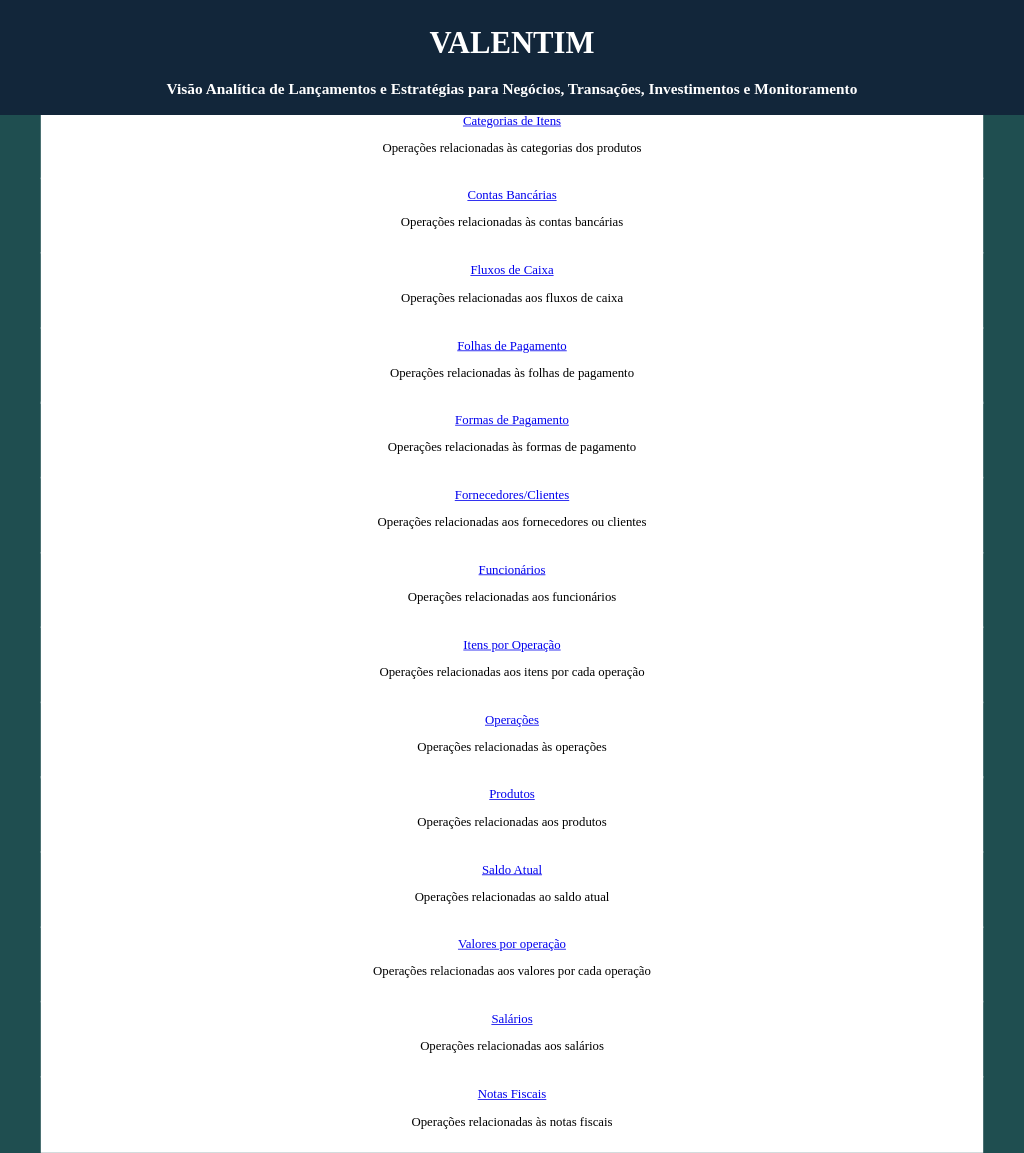
Repository: Matheus-Lacerda009/ERP-Financeiro
Page: Front/menu/menu.html
An editor plug-in stored every save of this project. The page is shown before and after the next save, followed by the edit.
The browser window is 1280 px wide. The pictures show the whole page, at 80% of full size.

Above is the page before, as saved 2026-07-13 18:53:57.

### Front/menu/menu.html
<!DOCTYPE html>
<html lang="en">
<head>
    <meta charset="UTF-8">
    <meta name="viewport" content="wclassth=device-wclassth, initial-scale=1.0">
    <link rel="stylesheet" href="menu.css">
    <title>Document</title>
</head>
<body>
    <header>
        <h1>VALENTIM</h1>
        <h2>Visão Analítica de Lançamentos e Estratégias para Negócios, Transações, Investimentos e Monitoramento</h2>
    </header>
    <main>
        <div id="espaço"></div>
        <div class="container">
            <div class="divEntidades">
                <a href="../categoria_item/categoria_item.html">Categorias de Itens</a>
                <p>Operações relacionadas às categorias dos produtos</p>
            </div>
            <div class="divEntidades">
                <a href="../conta_bancaria/conta_bancaria.html">Contas Bancárias</a>
                <p>Operações relacionadas às contas bancárias</p>
            </div>
            <div class="divEntidades">
                <a href="../fluxo_caixa/fluxo_caixa.html">Fluxos de Caixa</a>
                <p>Operações relacionadas aos fluxos de caixa</p>
            </div>
            <div class="divEntidades">
                <a href="../folha_pagamento/folha_pagamento.html">Folhas de Pagamento</a>
                <p>Operações relacionadas às folhas de pagamento</p>
            </div>
            <div class="divEntidades">
                <a href="../forma_pagamento/forma_pagamento.html">Formas de Pagamento</a>
                <p>Operações relacionadas às formas de pagamento</p>
            </div>
            <div class="divEntidades">
                <a href="../fornecedor_cliente/fornecedor_cliente.html">Fornecedores/Clientes</a>
                <p>Operações relacionadas aos fornecedores ou clientes</p>
            </div>
            <div class="divEntidades">
                <a href="../funcionario/funcionario.html">Funcionários</a>
                <p>Operações relacionadas aos funcionários</p>
            </div>
            <div class="divEntidades">
                <a href="../itens_operacao/itens_operacao.html">Itens por Operação</a>
                <p>Operações relacionadas aos itens por cada operação</p>
            </div>
            <div class="divEntidades">
                <a href="../operacao/operacao.html">Operações</a>
                <p>Operações relacionadas às operações</p>
            </div>
            <div class="divEntidades">
                <a href="../produtos/produtos.html">Produtos</a>
                <p>Operações relacionadas aos produtos</p>
            </div>
            <div class="divEntidades">
                <a href="../saldoAtual/saldoAtual.html">Saldo Atual</a>
                <p>Operações relacionadas ao saldo atual</p>
            </div>
            <div class="divEntidades">
                <a href="../valor_pVenda/valor_pVenda.html">Valores por operação</a>
                <p>Operações relacionadas aos valores por cada operação</p>
            </div>
            <div class="divEntidades">
                <a href="../valor_salario/valor_salario.html">Salários</a>
                <p>Operações relacionadas aos salários</p>
            </div>
            <div class="divEntidades">
                <a href="../notaFiscal/nota_fiscal.html">Notas Fiscais</a>
                <p>Operações relacionadas às notas fiscais</p>
            </div>
        </div>
    </main>
</body>
</html>

### Front/menu/menu.css
header{
    position: fixed;
    top: 0;
    left: 0;
    width: 100%;
    height: 20%;
    background-color: #12263A;
    z-index: 1;
    text-align: center;
    align-content: center;
}

header, h1{
    font-size: 300%;
    color: white;
    font-size: 3vw;
}

header, h2{
    color: white;
    font-size: 1.5vw;
}

body{
    margin: 0;
    padding: 0;
    background-color: #1f4e50;
}

.container{
    margin-top: 10%;
    height: 100vh;
    width: 100%;
    box-sizing: border-box;
    display: grid;
    grid-template-columns: repeat(, 3fr);
    align-content: start;
}

.divEntidades{
    height: 75%;
    width: 90%;
    background-color: white;
    margin: auto;
    text-align: center;
    align-content: center;
    padding: 1%;
}

After the next save:
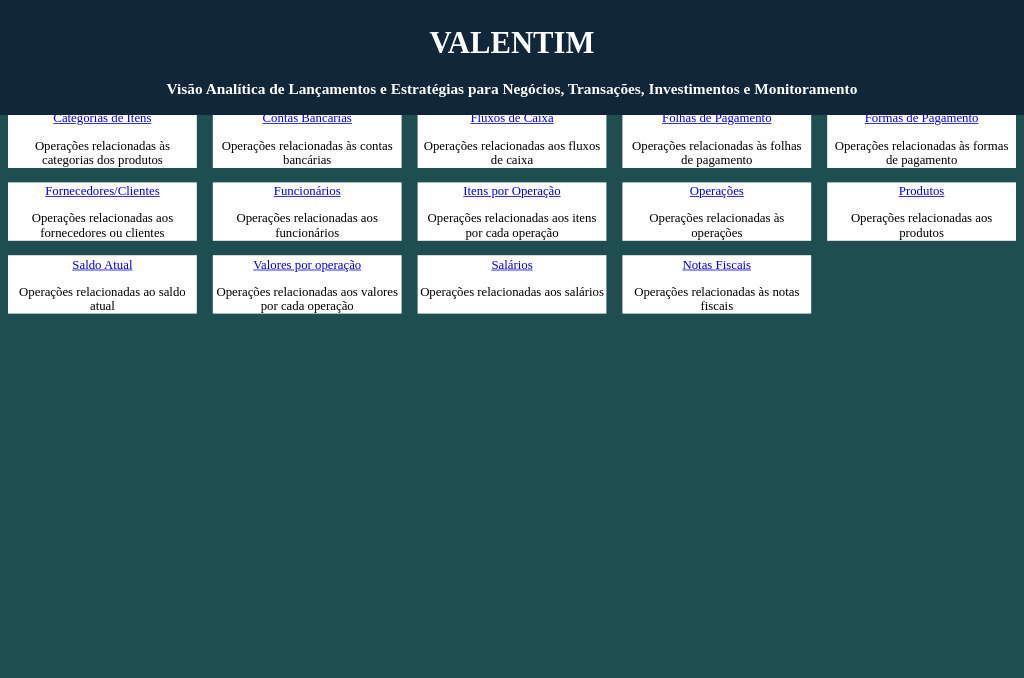
Saved 8 s later.
--- a/Front/menu/menu.css
+++ b/Front/menu/menu.css
@@ -33,7 +33,7 @@ body{
     width: 100%;
     box-sizing: border-box;
     display: grid;
-    grid-template-columns: repeat(, 3fr);
+    grid-template-columns: repeat(5, 3fr);
     align-content: start;
 }
 
